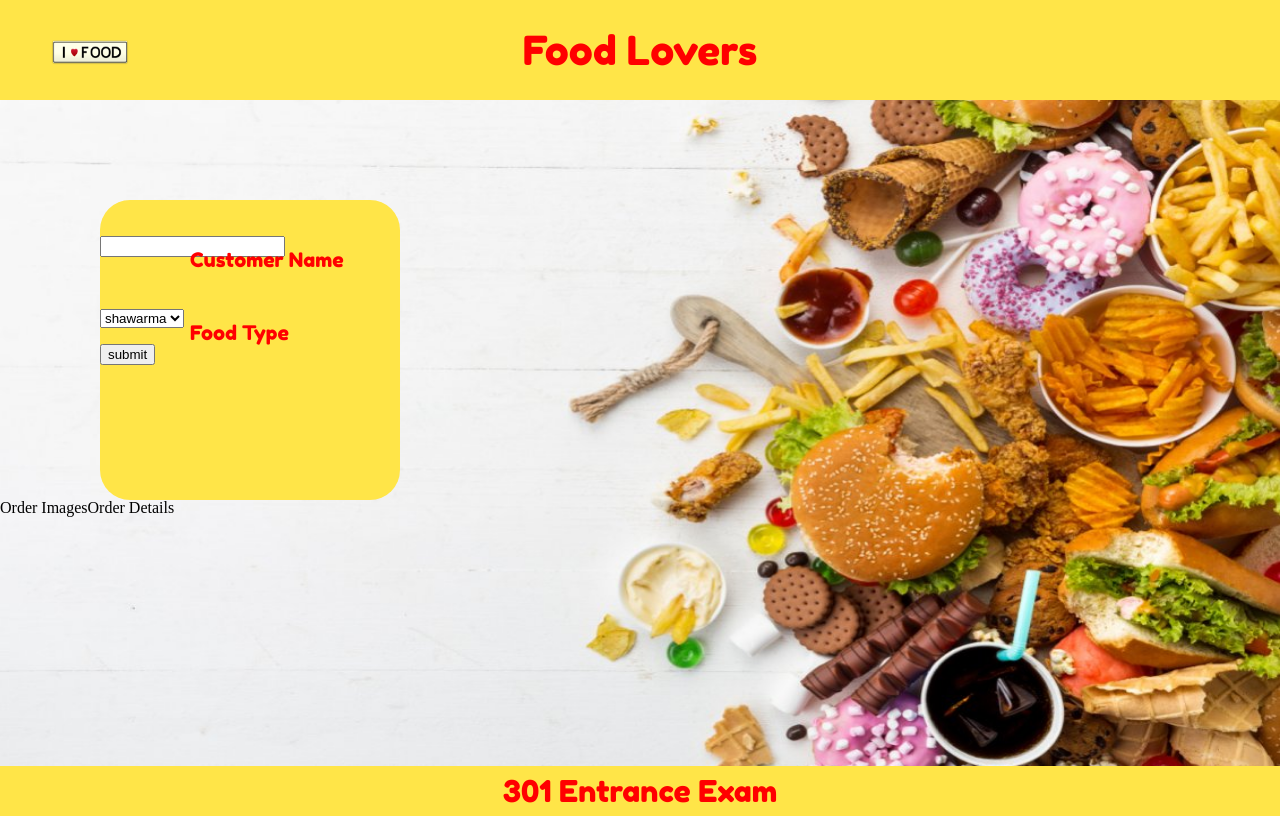
Repository: Razan-am/foodLovers
Page: index.html
The author's editor kept a copy of each file at every save. The page is drawn from the files as they stood at one save, then again after the next save.
The browser window is 1280 px wide. The pictures show the whole page.

Above is the page before, as saved 2021-06-01 11:16:20.

### index.html
<!DOCTYPE html>
<html lang="en">

<head>
    <meta charset="UTF-8">
    <meta http-equiv="X-UA-Compatible" content="IE=edge">
    <meta name="viewport" content="width=device-width, initial-scale=1.0">
    <title>Food Lovers</title>
    <link rel="preconnect" href="https://fonts.gstatic.com">
    <link href="https://fonts.googleapis.com/css2?family=Fredoka+One&display=swap" rel="stylesheet">
    <link rel="stylesheet" href="css/reset.css">
    <link rel="stylesheet" href="css/style.css">
</head>

<body>
    <header>
        <h1>Food Lovers</h1>
        <img src="images/css images/logo.png" alt="logo">
    </header>
    <main>
        <form action="" id="myForm">
            <fieldset>
                <label for="name">Customer Name</label>
                <br/><br/>
                <input type="text" id="name" name="name">
                <br/><br/>
                <label for="food">Food Type</label>
                <br/><br/>
                <select name="food" id="food">
                    <option value="shawarma">shawarma</option>
                    <option value="pizza">pizza</option>
                    <option value="burger">burger</option>
                </select>
                <br/><br/>
                <input type="submit" value="submit">
            </fieldset>
        </form>
        <table id="myTable">
            <tr>
                <th>Order Images</th>
                <th>Order Details</th>
            </tr>
        </table>
        <img src="images/css images/background.jpg" alt="backGround">
    </main>
    <footer>
        <p>301 Entrance Exam </p>
    </footer>
    <script src="js/app.js"></script>
</body>

</html>

### css/style.css
*{
    box-sizing: border-box;
}
header{
    background-color: rgba(255, 229, 72, 255);
    height: 100px;
}
h1{
    font-family: 'Fredoka One', cursive;
    color: red;
    text-align: center;
    font-size: 40px;
    font-weight: lighter;
    padding-top: 30px;
}

header img{
    top: 2px;
    left: 30px;
    position: absolute;
    width: 120px;
    height: 100px;
}
main img{
    top: 50px;
    position: absolute;
    z-index: -1;
    width: 100%;
    height: 100%;
}
form{
    display: inline-block;
    background-color:  rgba(255, 229, 72, 255);
    margin-top: 100px;
    margin-left: 100px;
    width: 300px;
    height: 300px;
    border-radius: 30px;
}
form label{
    top: 50px;
    position: relative;
    padding-left: 90px;
    font-size: 20px;
    color: red;
    font-family: 'Fredoka One', cursive;
}
table img{
    width: 50px;
    height: 50px;
}
table p{
    color: black;
    font-family: 'Fredoka One', cursive;
}
footer{
    background-color: rgba(255, 229, 72, 255);
    margin-top: 250px;
    height: 50px;
}
footer p{
    text-align: center;
    color: red;
    font-size: 30px;
    padding-top: 10px;
    font-family: 'Fredoka One', cursive;
}

### js/app.js
'use strict';

let myForm = document.getElementById('myForm');
let myTable = document.getElementById('myTable');


let mainArr = [];
function Foods(userName,foodType){
    this.userName=userName;
    this.foodType=foodType;
    this.img=`images/${foodType}.jpg`
    mainArr.push(this);
}
console.log(mainArr);

myForm.addEventListener('submit',handleEvent);
function handleEvent(event){
    event.preventDefault();

    let userName = event.target.name.value;
    let foodType = event.target.food.value;
    console.log(foodType);
    new Foods(userName,foodType);
    setting();
    render();
}

function randomNumber(min,max){
    min = Math.ceil(min);
    max = Math.floor(max);
    return Math.floor(Math.random() * (max - min) + min)
}

function render(){
    let tBody = document.createElement('tr');
    myTable.appendChild(tBody);

    for (let index = 0; index < mainArr.length; index++) {
        tBody.textContent='';

        let td1 = document.createElement('td');
        tBody.appendChild(td1);

        let imgEl = document.createElement('img');
        td1.appendChild(imgEl);
        imgEl.setAttribute('src', mainArr[index].img);

        let td2 = document.createElement('td');
        tBody.appendChild(td2);

        let pEl1 = document.createElement('p');
        td2.appendChild(pEl1);
        pEl1.textContent=`Customer Name:${mainArr[index].userName}`;
        let pEl2 = document.createElement('p');
        td2.appendChild(pEl2);
        pEl2.textContent=`Food Type:${mainArr[index].foodType}`;
        let pEl3 = document.createElement('p');
        td2.appendChild(pEl3);
        pEl3.textContent=`Food Price:${randomNumber(1,100)}`;


    }
}

function setting(){
    let data = JSON.stringify(mainArr);
    localStorage.setItem('information',data);
}

function getting(){
    let stringObj = localStorage.getItem('information');
    let normalObj = JSON.parse(stringObj);

    if(normalObj !== null){
        mainArr = normalObj;
    }
    render();
}
getting();

Loaded but not shown: css/reset.css (common file)

After the next save:
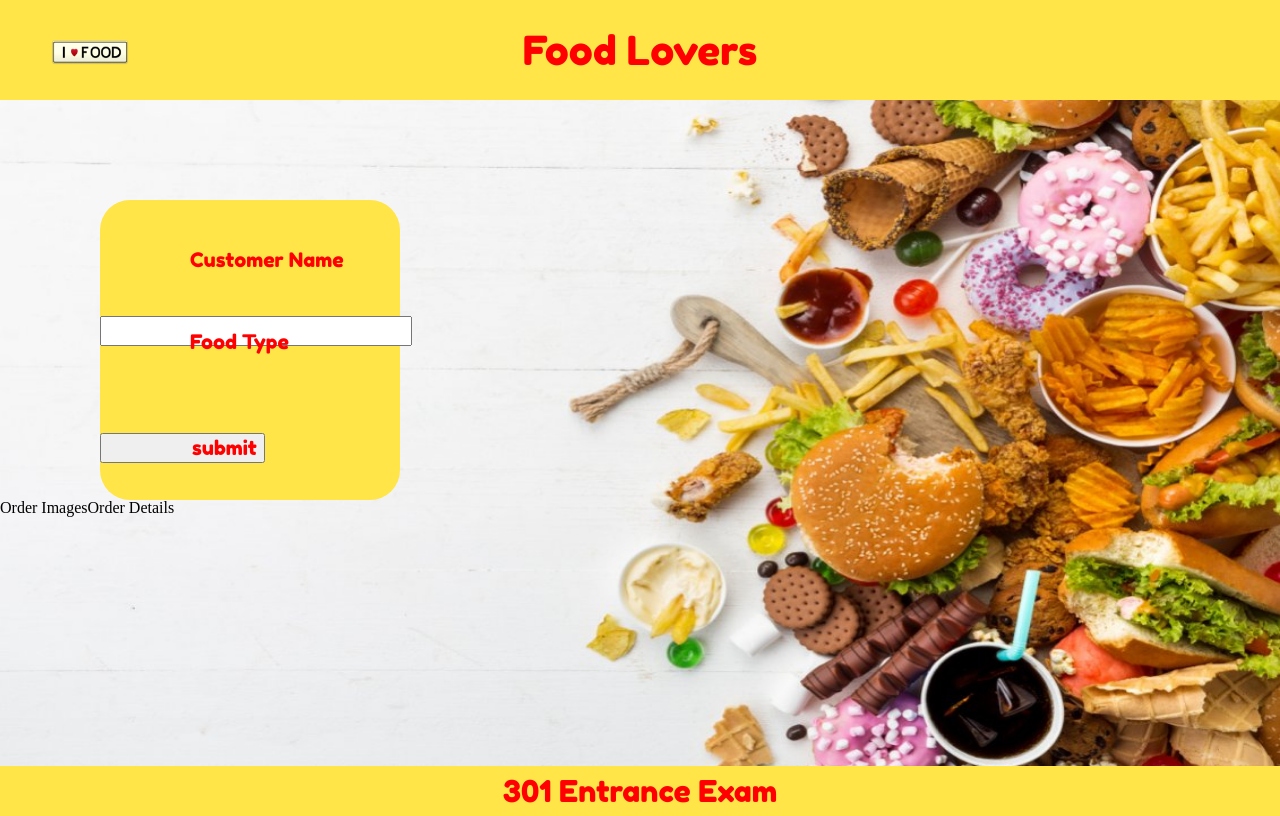
Saved 21 s later.
--- a/css/style.css
+++ b/css/style.css
@@ -45,6 +45,14 @@ form label{
     color: red;
     font-family: 'Fredoka One', cursive;
 }
+form input{
+    top: 80px;
+    position: relative;
+    padding-left: 90px;
+    font-size: 20px;
+    color: red;
+    font-family: 'Fredoka One', cursive;
+}
 table img{
     width: 50px;
     height: 50px;
